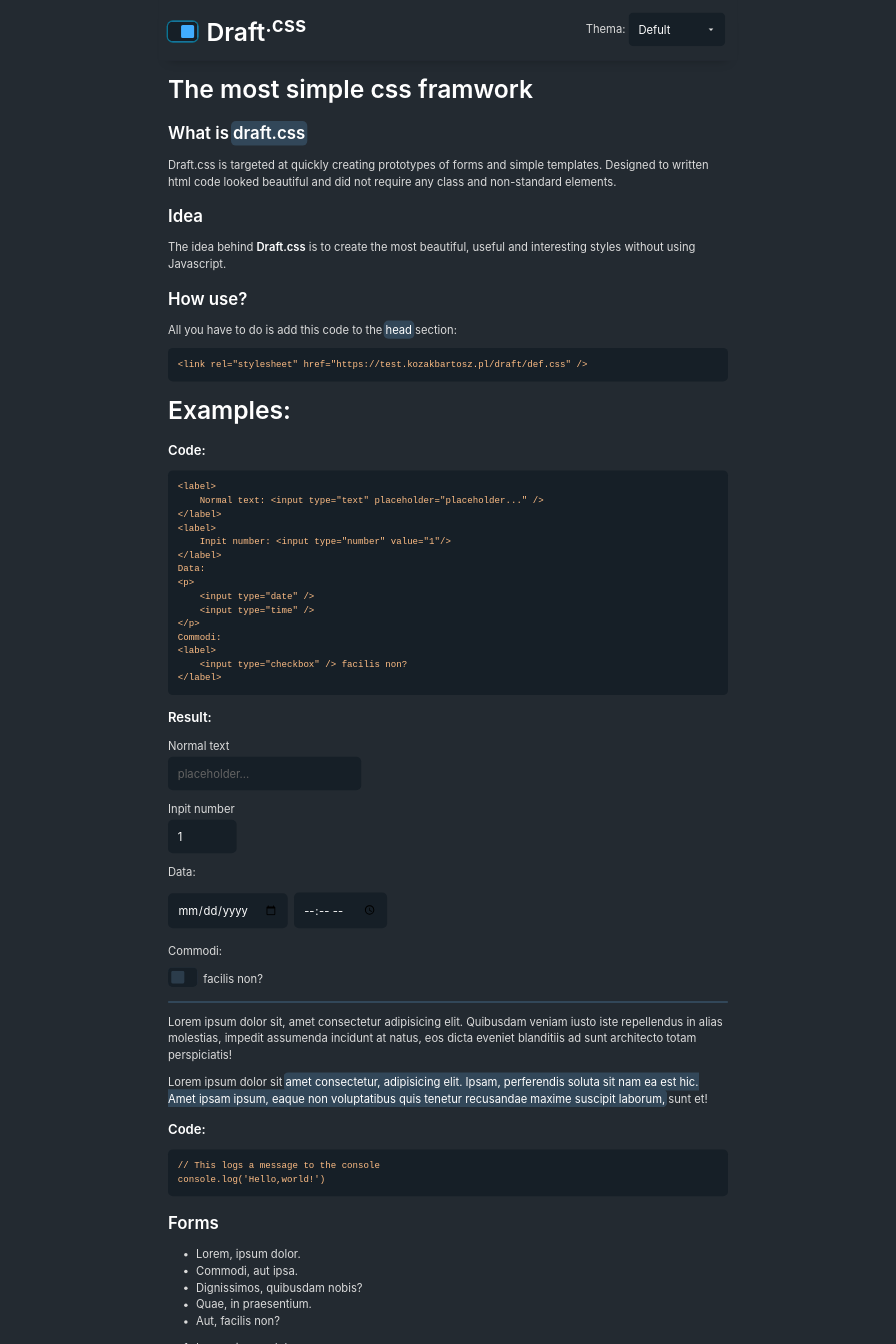
Repository: KozakBartosz/Draft
Page: index.html
An editor plug-in stored every save of this project. The page is shown before and after the next save, followed by the edit.
The browser window is 1280 px wide. The pictures show the part of the page from y = 0 to 1920 px (the page is 6114 px tall before and 6115 px after), at 70% of full size.

Above is the page before, as saved 2019-04-12 13:34:04.

After the next save:
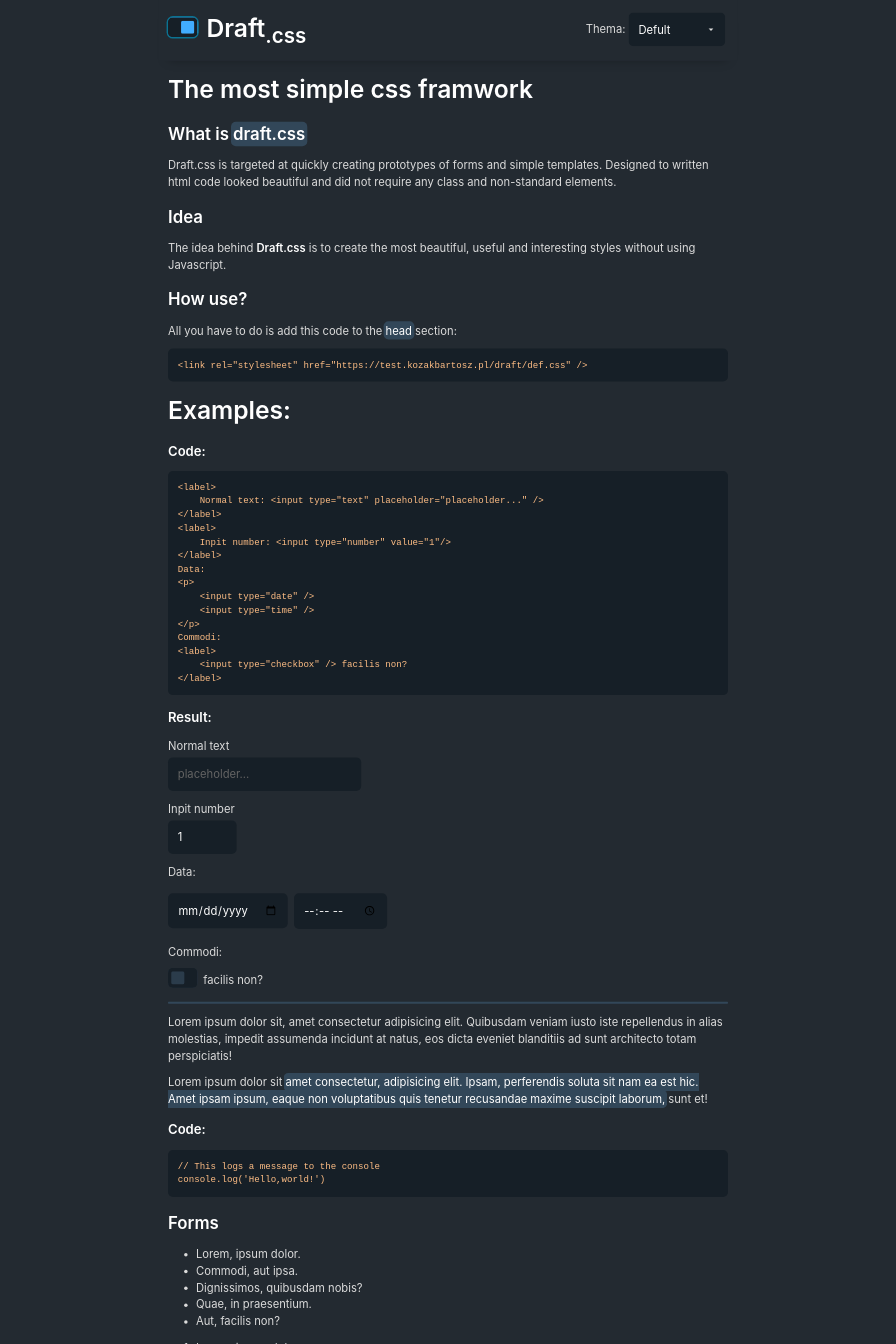
Saved 8 s later.
--- a/index.html
+++ b/index.html
@@ -20,7 +20,7 @@
 				</select>
 			</div>
 			<h1 style="margin-bottom: 0">
-				<input type="checkbox" checked="checked" /> Draft<sup>.css</sup>
+				<input type="checkbox" checked="checked" /> Draft<sub>.css</sub>
 			</h1>
 		</header>
 		<h1>The most simple css framwork</h1>
